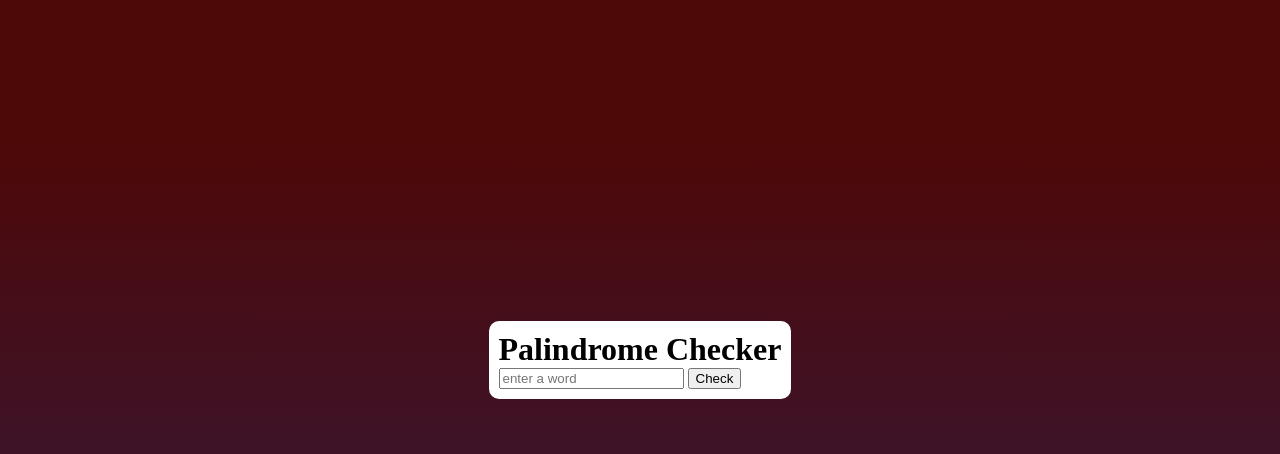
Repository: albinsabu2023/palindromeChecker
Page: index.html
These files come from the project's save history. The page is drawn as it stood at one moment and after a run of saves; the edit follows.
The browser window is 1280 px wide. The pictures show the whole page.

Above is the page before, as saved 2023-09-12 01:17:06.

### index.html
<!DOCTYPE html>
<html lang="en">
<head>
    <meta charset="UTF-8">
    <meta name="viewport" content="width=device-width, initial-scale=1.0">
    <title>Document</title>
    <link rel="stylesheet" href="style.css">
</head>
<body>
    <div class="container">
        <h1>Palindrome Checker</h1>
        <input type="text" id="inputText" placeholder="enter a word">
        <button id="checkButton">Check</button>
        <div id="result">

        </div>
    </div>
    <script src="home.js"></script>
</body>
</html>

### style.css
*{
    margin:0;

}
body{
    display: flex;
    align-items: center;
    justify-content: center;
    height: 100vh;
    background:linear-gradient(rgb(77, 8, 8) 20%, rgb(58, 22, 48) 74%) ;
}
.container{
    padding: 10px;
    margin: 10px;
    background-color: white;
    border-radius: 10px;
}

Loaded but not shown: home.js (no copy from this time; the picture is the same without it)

After the next 2 saves:
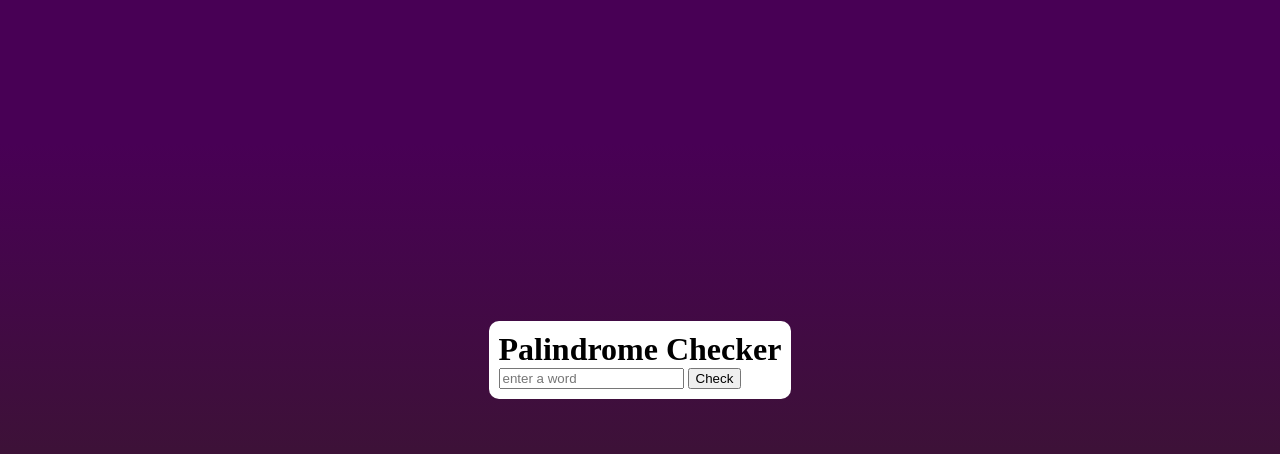
The 2 saves are shown as one change because they came seconds apart.
The last was saved 6 s later.
--- a/style.css
+++ b/style.css
@@ -7,7 +7,7 @@
     align-items: center;
     justify-content: center;
     height: 100vh;
-    background:linear-gradient(rgb(77, 8, 8) 20%, rgb(58, 22, 48) 74%) ;
+    background:linear-gradient(rgb(72, 0, 85) 20%, rgb(58, 22, 48) 74%) ;
 }
 .container{
     padding: 10px;
